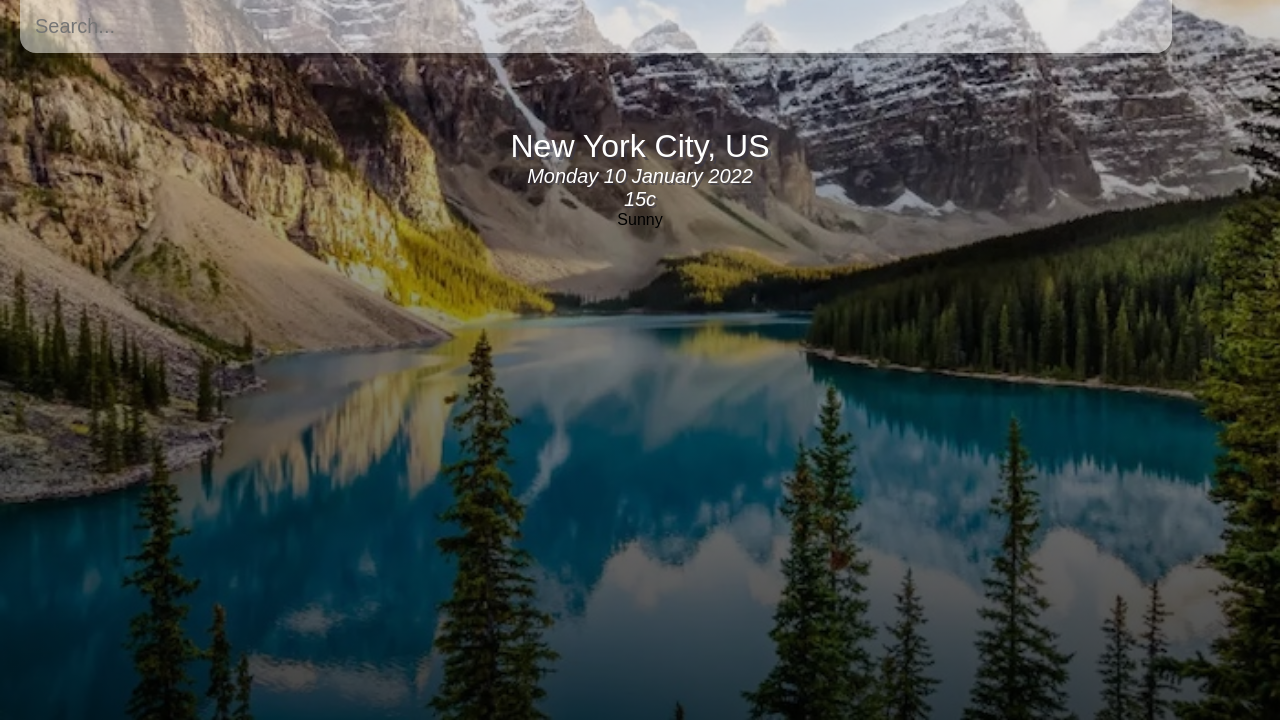
Repository: K-TT/WeatherApp
Page: /
These files come from the project's save history. The page is drawn as it stood at one moment and after the next save; the edit follows.
The browser window is 1280 px wide. The pictures show the whole page.
The project was rebuilt for these pictures with package versions that can differ from the ones it lists, and the page was loaded fresh each time.

Above is the page before, as saved 2022-01-13 23:38:35.

After the next save:
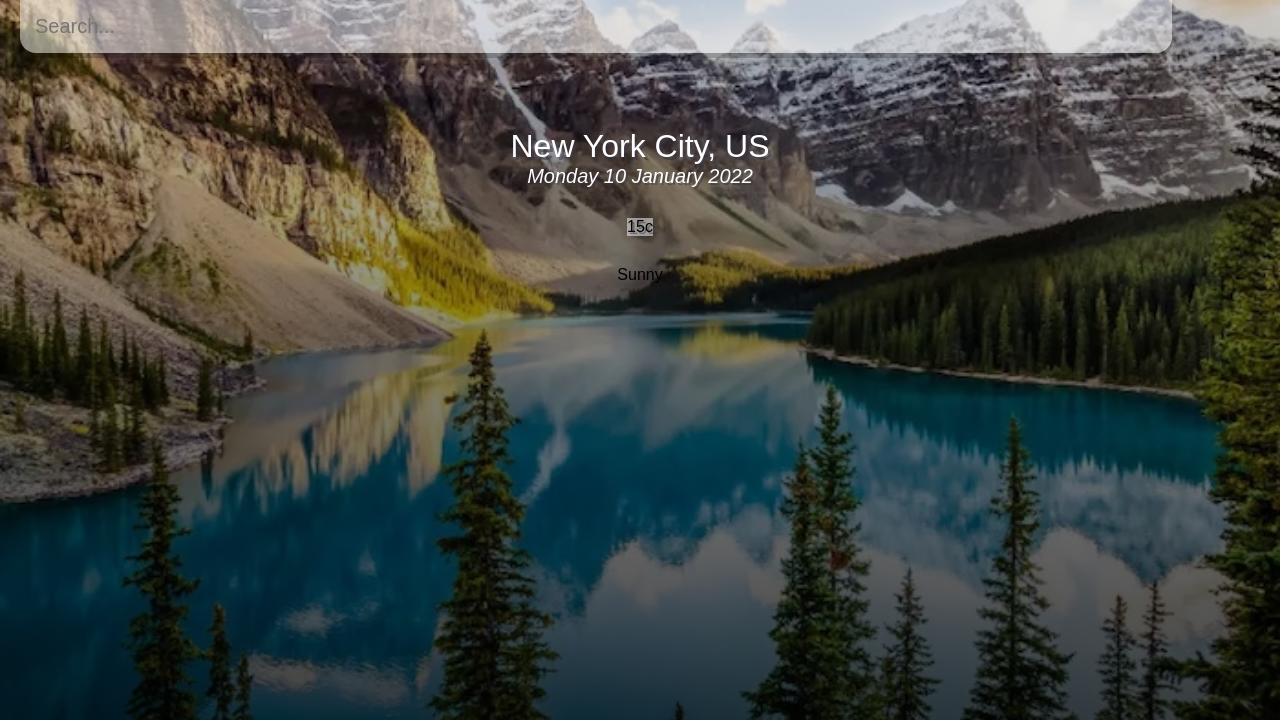
Saved 45 s later.
--- a/src/index.css
+++ b/src/index.css
@@ -75,10 +75,7 @@ main {
 .weather-box .temp {
     position: relative;
     display: inline-block;
-    color: #FFF;
-    font-size: 20px;
-    font-weight: 300;
-    font-style: italic;
-    text-align: center;
+    margin: 30px auto;
+    background-color: rgba(255, 255, 255, 0.5);
     text-shadow: 2px 2px rgba(50, 50, 70, 0.5);
 }
